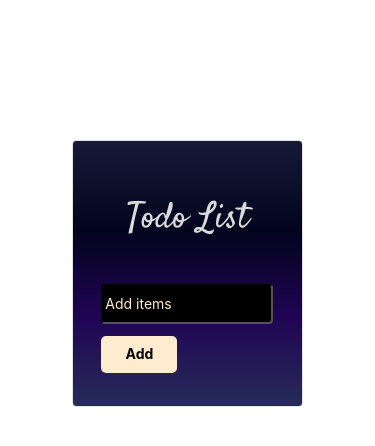
Repository: arpana23/Todo-list
Page: /
An editor plug-in stored every save of this project. The page is shown before and after the next save, followed by the edit.
The browser window is 375 px wide. The pictures show the whole page.
Some web libraries are served in a nearby version. The project was rebuilt for these pictures with package versions that can differ from the ones it lists, and the page was loaded fresh each time. Also part of the build but not shown: src/Todolist.js.

Above is the page before, as saved 2021-04-17 17:21:45.

### public/index.html
<!DOCTYPE html>
<html lang="en">
  <head>
    <meta charset="utf-8" />
    <link rel="icon" href="%PUBLIC_URL%/favicon.ico" />
    <meta name="viewport" content="width=device-width, initial-scale=1" />
    <meta name="theme-color" content="#000000" />
    <meta
      name="description"
      content="Web site created using create-react-app"
    />
    <link rel="apple-touch-icon" href="%PUBLIC_URL%/logo192.png" />
    <!--
      manifest.json provides metadata used when your web app is installed on a
      user's mobile device or desktop. See https://developers.google.com/web/fundamentals/web-app-manifest/
    -->
    <script src="https://kit.fontawesome.com/94ade1d1ca.js" crossorigin="anonymous"></script>
    <link rel="preconnect" href="https://fonts.gstatic.com">
    <link href="https://fonts.googleapis.com/css2?family=Satisfy&display=swap" rel="stylesheet">
    <link rel="manifest" href="%PUBLIC_URL%/manifest.json" />
    <!-- Latest compiled and minified CSS -->
    <link rel="stylesheet" href="https://maxcdn.bootstrapcdn.com/bootstrap/3.4.1/css/bootstrap.min.css">

    <!-- jQuery library -->
    <script src="https://ajax.googleapis.com/ajax/libs/jquery/3.5.1/jquery.min.js"></script>

    <!-- Latest compiled JavaScript -->
    <script src="https://maxcdn.bootstrapcdn.com/bootstrap/3.4.1/js/bootstrap.min.js"></script>

    <!--
      Notice the use of %PUBLIC_URL% in the tags above.
      It will be replaced with the URL of the `public` folder during the build.
      Only files inside the `public` folder can be referenced from the HTML.

      Unlike "/favicon.ico" or "favicon.ico", "%PUBLIC_URL%/favicon.ico" will
      work correctly both with client-side routing and a non-root public URL.
      Learn how to configure a non-root public URL by running `npm run build`.
    -->
    <title>React App</title>
  </head>
  <body>
    <noscript>You need to enable JavaScript to run this app.</noscript>
    <div id="root"></div>
    <!--
      This HTML file is a template.
      If you open it directly in the browser, you will see an empty page.

      You can add webfonts, meta tags, or analytics to this file.
      The build step will place the bundled scripts into the <body> tag.

      To begin the development, run `npm start` or `yarn start`.
      To create a production bundle, use `npm run build` or `yarn build`.
    -->
  </body>
</html>

### src/App.js
import React, { useState } from 'react';
import Todolist from './Todolist';
import './App.css';

const App = () => {


  const [inputItem , setInputItem] = useState("");
  const [itemList , setItemList] = useState([]);

  const handleChange = (e) => {
    setInputItem(e.target.value);
  }

  const addItems = (e) => {
    e.preventDefault();
    setItemList((olditems) => {
      return [...olditems, inputItem];
    });
    setInputItem("");
  }

  const updateItem = (id) => {
    let item =  itemList.map((olditems,index,data) => {
      if(index === id) {
        setInputItem(data.splice(index,1));
        olditems = !olditems;
      }
      return [olditems];
      }
    )
    return item;
  }

  const deleteItem = (id) => {
    setItemList((olditems) => {
      return olditems.filter((arrElement,index) => {
        return index !== id;
        // if(index !== id) {
        //   return [...arrElement];
        // }
      })
    })
  }


 return (
  <>
    <div className="main-container">
      <div className="flex-container">
        <div className="well">
          <br />
            <h1 className="title text-center">Todo List</h1>
          <br />
          <div>
            <input type="text" className="addInput" max="10" min="1" placeholder="Add items" value={inputItem} onChange={handleChange}/>
            <button type="submit" className="btn" onClick={addItems}> Add </button>
            <ul className="list-group">
              {
                itemList.map((data,index) => {
                  return <Todolist
                  key= {index}
                  id= {index}
                  list= {data}
                  onEdit= {updateItem}
                  onSelect= {deleteItem}
                  />
                })
              }
            </ul>
          </div>
        </div>
      </div>
    </div>

  </>
 )
}

export default App;

### src/App.css
.App {
  text-align: center;
}

.main-container {
  display: flex;
  flex-direction: column;
  justify-content: center;
}

.flex-container {
  display: flex;
  flex-direction: column;
  align-items: center;
  margin: 100px;
}

.well {
  background-image: linear-gradient(rgb(22, 26, 56),rgb(2, 5, 29),rgb(32, 4, 84),rgb(38, 44, 89));
  width: 40%;
}

.addInput {
  margin: 18px;
  width: 70%;
  height: 5vh;
  border-radius: 4px;
  background-color: black;
  outline: black;
  border-color: black;
  color:blanchedalmond;
  font-size: 14px;
}

.addInput::placeholder {
  color:blanchedalmond;
  margin-left: 2px;
}

.btn {
  margin: 3px;
  width: 20%;
  height: 5.5vh;
  border-radius: 5px;
  margin-top: -2px;
  font-weight: bold;
  background-color: blanchedalmond;
  color: black;
  outline: transparent;
  border: 2px solid blanchedalmond;
}

.btn:hover {
  background-color: blueviolet;
  color: black;
  font-weight: bold;
  outline: transparent;
  border-color: transparent;
}

.btn::-webkit-validation-bubble-arrow-clipper {
  background-color: blueviolet;
  color: black;
  outline: transparent;
  border-color: transparent;
}

.list-group {
  margin: 11px;
}

.mylist {
  /* border: 1px solid black; */
  margin-top: 10px;
  margin-bottom: 10px;
  text-align: justify;
  /* border-radius: 7px; */
}

.list-group-item {
  word-wrap: break-word;
  background-image: linear-gradient(rgb(32, 4, 84),rgb(38, 44, 89));
}

.my-text {
  margin-right: 3px;
  word-wrap: break-word;
  color: blanchedalmond;
}

.ed-del {
  display: flex;
  flex-direction: row;
  margin-top: -20px;
  justify-content: flex-end;
  align-items: center;
}

.fas {
  font-size: 20px;
  margin: 3px;
  display: flex;
  flex-direction: row;
  /* margin: 7px; */
  align-items: center;
}

.title {
  color: #dadada ;
  font-family: 'Satisfy', cursive;
}

.fa-trash {
  color: rgb(45, 30, 255);
}

.fa-edit {
  color:rgb(221, 84, 203);
}

@media screen and (max-width: 480px) {

  .flex-container {
    margin: 70px;
    margin-top: 140px;
  }

  .well {
    width: 98%;
  }

  .addInput {
    margin: 14px;
    margin-left: 9px;
    width: 90%;
    height: 5vh;
  }

  .btn {
    margin: 3px;
    margin-left: 9px;
    width: 40%;
    height: 4.7vh;
    border-radius: 5px;
    margin-top: -2px;
    font-weight: bold;
    padding: 2px;
  }

  .my-text {
    margin-right: 1px;
  }

  .fas {
    font-size: 14px;
  }

}

@media screen and (min-width: 481px) and (max-width: 768px) {
  .well {
    width: 90%;
  }
}

@media screen and (min-width: 769px) and (max-width: 992px) {
  .well {
    width: 90%;
  }
}

Loaded but not shown: src/index.js (common file); src/index.css (common file); src/reportWebVitals.js (common file)

After the next save:
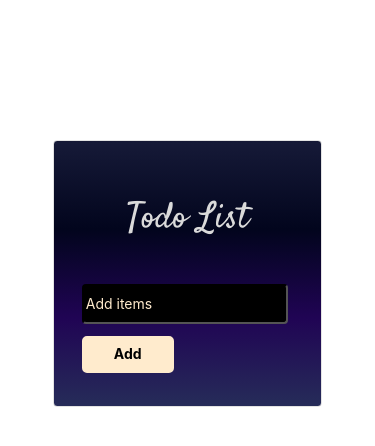
Saved 23 s later.
--- a/src/App.css
+++ b/src/App.css
@@ -121,7 +121,7 @@
 @media screen and (max-width: 480px) {
 
   .flex-container {
-    margin: 70px;
+    margin: 50px;
     margin-top: 140px;
   }
 
